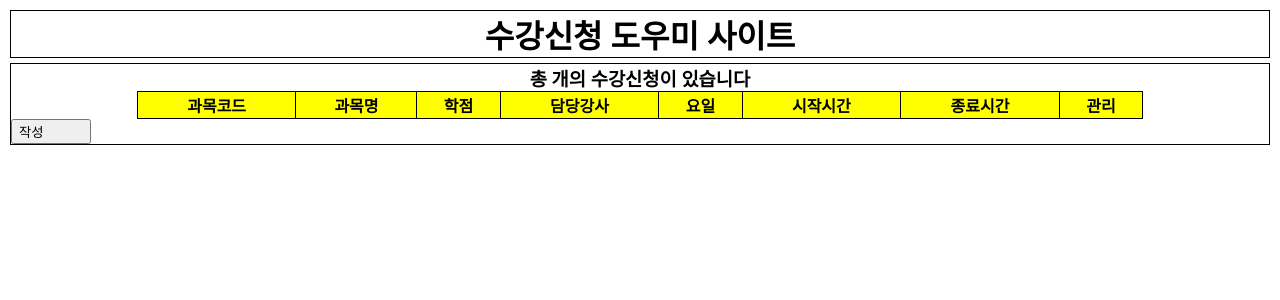
Repository: Tor1a/SpringSet
Page: http://localhost/practice02/WEB-INF/views/home.jsp
The author's editor kept a copy of each file at every save. The page is drawn from the files as they stood at one save, then again after the next save.
The browser window is 1280 px wide. The pictures show the whole page.
The page is served by Tomcat 9. Nobody is signed in. Other server files are loaded and not shown. The template is opened directly, without the code that normally fills it, so the values that code supplies are empty.

Above is the page before, as saved 2022-04-14 09:04:12.

### practice02/src/main/webapp/WEB-INF/views/home.jsp
<%@ page language="java" contentType="text/html; charset=UTF-8"
	pageEncoding="UTF-8"%>
<%@ taglib prefix="c" uri="http://java.sun.com/jsp/jstl/core"%>
<%@ taglib prefix="fmt" uri="http://java.sun.com/jsp/jstl/fmt"%>




<!DOCTYPE html>
<html>
<head>
<meta charset="UTF-8">
<script src="../js/jquery-3.6.0.min.js"></script>
<link rel="stylesheet"
	href="${pageContext.request.contextPath}/resources/css/home.css">
<script
	src="${pageContext.request.contextPath}/resources/js/course/home.js"></script>

<title>수강신청 도우미 사이트</title>
</head>
<body>

	<div id="wrapper">

		<h1 class="title">수강신청 도우미 사이트</h1>

		<div id="content">
			<h3 class="total">총 ${total}개의 수강신청이 있습니다</h3>

		<table class="liTb">
			<thead>
				<th>과목코드</th>
				<th>과목명</th>
				<th>학점</th>
				<th>담당강사</th>
				<th>요일</th>
				<th>시작시간</th>
				<th>종료시간</th>
				<th>관리</th>
			</thead>

			<c:forEach var="vo" items="${list}">
				<tr>
					<td>${vo.crId}</td>
					<td>${vo.crName}</td>
					<td>${vo.credit}</td>
					<td>${vo.lec_name}</td>
					<td>${vo.crWeek}</td>
					<td><c:if test="${vo.start_hour < 1000}">
							0${vo.start_hour}
						</c:if> <c:if test="${vo.start_hour >= 1000}">
							${vo.start_hour}
						</c:if></td>
					<td>${vo.end_end}</td>
					<td><a href="updateCourseForm.do?crId=${vo.crId}">수정</a> /<a
						href="deleteCourse.do?crId=${vo.crId}">삭제</a></td>
				</tr>
			</c:forEach>
		</table>
		<button id="add" onclick="add()">작성</button>
		</div>
	</div>



</body>
</html>

### practice02/src/main/webapp/resources/css/home.css
@charset "UTF-8";

body, h1, h2, h3, h4, h5, p, ul, li, ol, dd, dt, dl { padding: 0; margin: 0; }

ul {list-style: none;}

a:hover{text-decoration: none;}

body{width: auto; hight: auto;}

#wrapper {   border: 1px solid balck; padding: 10px 10px 10px 10px; }

#content {display:flex; flex-direction: column; justify-content: center; border: 1px solid black;}

#add {display: flex; justify-content:flex-end  padding:  15px 15px; width: 80px; hight: 30px; }

.liTb {margin: auto; border-collapse: collapse; border: 1px solid black; width: 80%;}

.title{display:flex;  flex-direction:row; justify-content:center;  text-align: center; border: 1px solid black; margin-bottom: 5px;}
.total {text-align: center;}


th {text-align: center; border: 1px solid black; background-color: yellow;}
td {text-align: center; border: 1px solid black;}

### practice02/src/main/webapp/resources/js/course/home.js
var crId = document.getElementById('vo.crId');

function deleteBtn(crId){
	if(confirm("삭제 하시겠습니까?")){
		var form = document.getElementById('delCourse');
		form.action = 'deleteCourseForm.do?crId='+crId;
		form.method = "GET";
		form.submit();

		return true;
	}else{

		return false;
	}
}


function add(){
	location.href = "courseAddForm.do";
}

Loaded but not shown: practice02/src/main/webapp/resources/js/jquery-3.6.0.min.js (library)

After the next save:
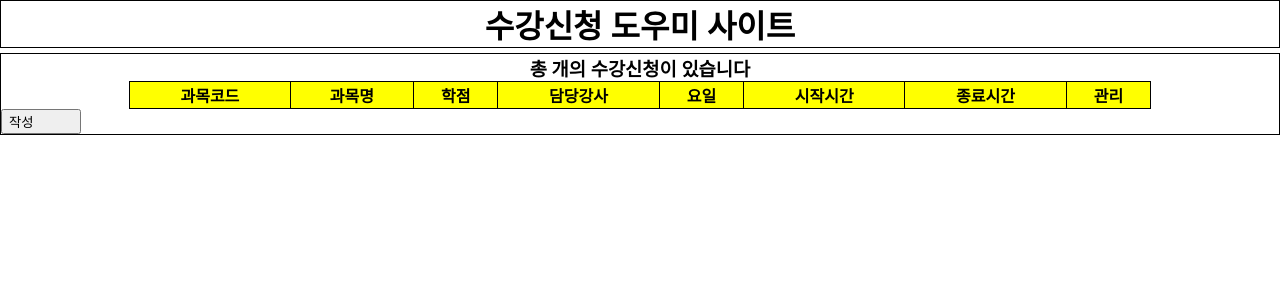
Saved 15 h 7 min later.
--- a/practice02/src/main/webapp/resources/css/home.css
+++ b/practice02/src/main/webapp/resources/css/home.css
@@ -8,7 +8,7 @@ a:hover{text-decoration: none;}
 
 body{width: auto; hight: auto;}
 
-#wrapper {   border: 1px solid balck; padding: 10px 10px 10px 10px; }
+#container {display: flex; flex-direction: column;  width: 100%; height: 100%; border: 1px solid black;}
 
 #content {display:flex; flex-direction: column; justify-content: center; border: 1px solid black;}
 
